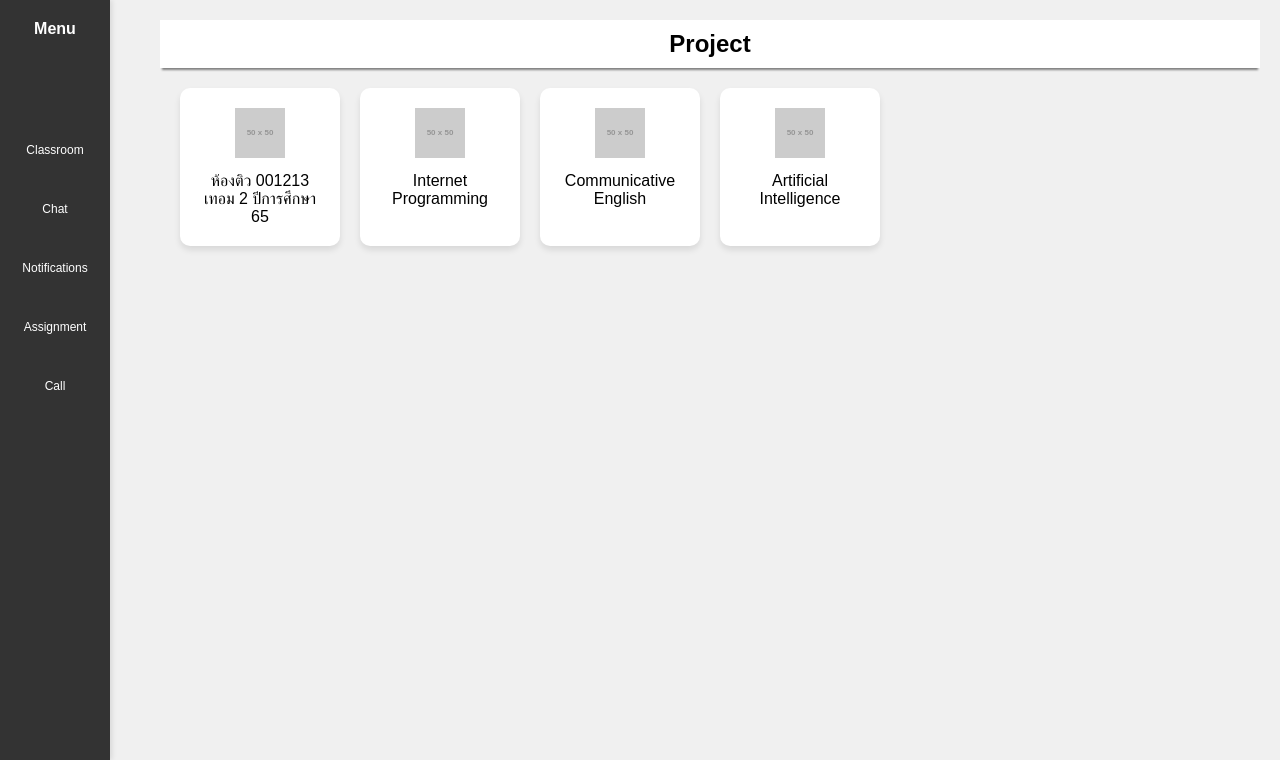
Repository: praifas16/ProPro
Page: docs/studenthead.html
The author's editor kept a copy of each file at every save. The page is drawn from the files as they stood at one save, then again after the next save.
The browser window is 1280 px wide. The pictures show the whole page.

Above is the page before, as saved 2024-08-21 20:08:24.

After the next save:
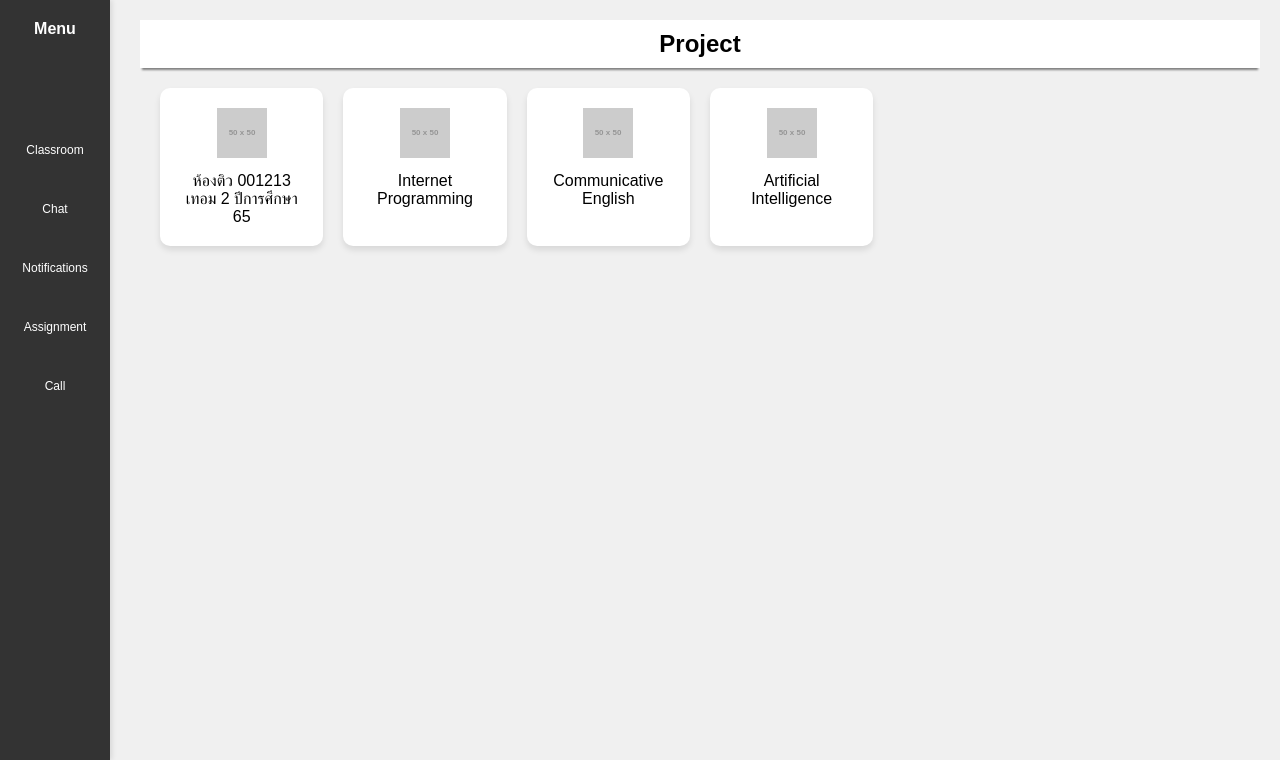
Saved 3 min 33 s later.
--- a/docs/studenthead.html
+++ b/docs/studenthead.html
@@ -63,7 +63,7 @@
         /* โครงสร้างหน้าเว็บหลัก */
         .main-content {
             flex-grow: 1;
-            padding: 20px 20px 20px 50px; /* เพิ่ม padding ด้านซ้ายเพื่อให้เนื้อหาหลักอยู่ในระนาบเดียวกัน */
+            padding: 20px 20px 20px 30px; /* เพิ่ม padding ด้านซ้ายเพื่อให้เนื้อหาหลักอยู่ในระนาบเดียวกัน */
         }
 
         header {

After the save that followed:
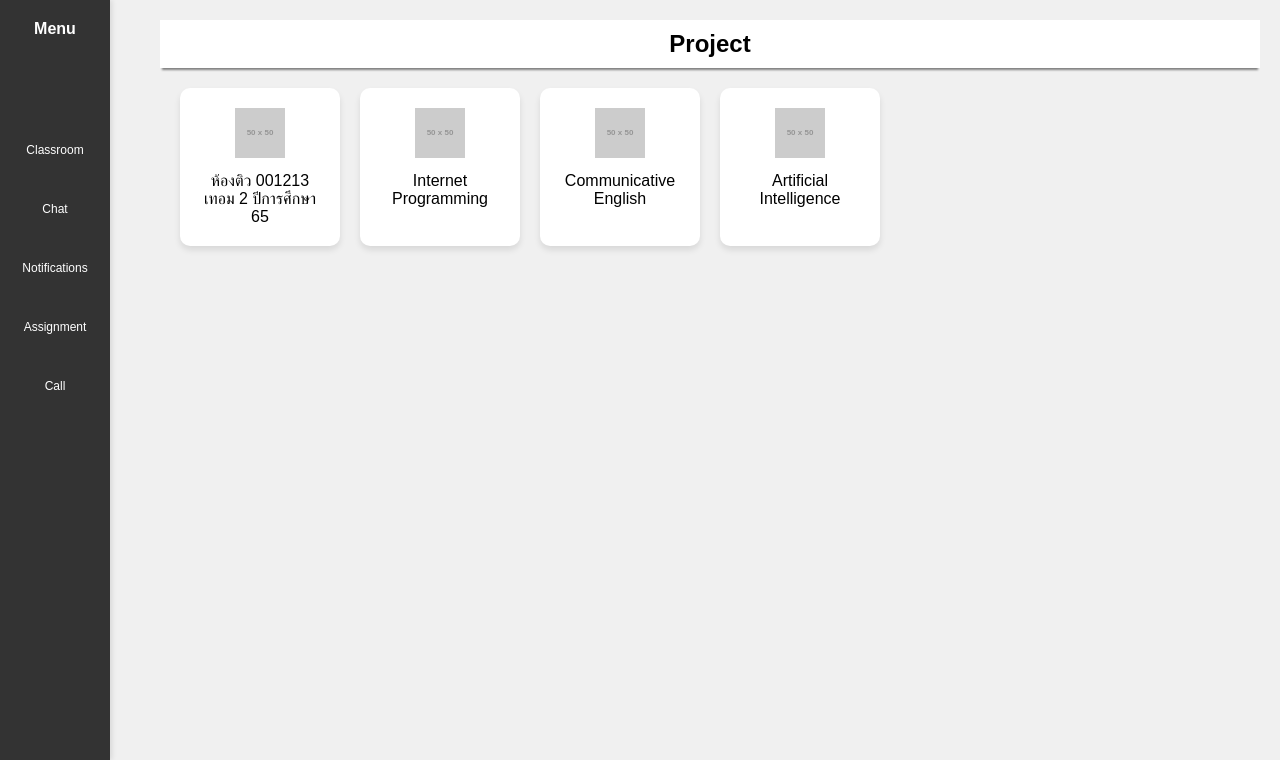
Saved 13 s later.
--- a/docs/studenthead.html
+++ b/docs/studenthead.html
@@ -63,7 +63,7 @@
         /* โครงสร้างหน้าเว็บหลัก */
         .main-content {
             flex-grow: 1;
-            padding: 20px 20px 20px 30px; /* เพิ่ม padding ด้านซ้ายเพื่อให้เนื้อหาหลักอยู่ในระนาบเดียวกัน */
+            padding: 20px 20px 20px 50px; /* เพิ่ม padding ด้านซ้ายเพื่อให้เนื้อหาหลักอยู่ในระนาบเดียวกัน */
         }
 
         header {
